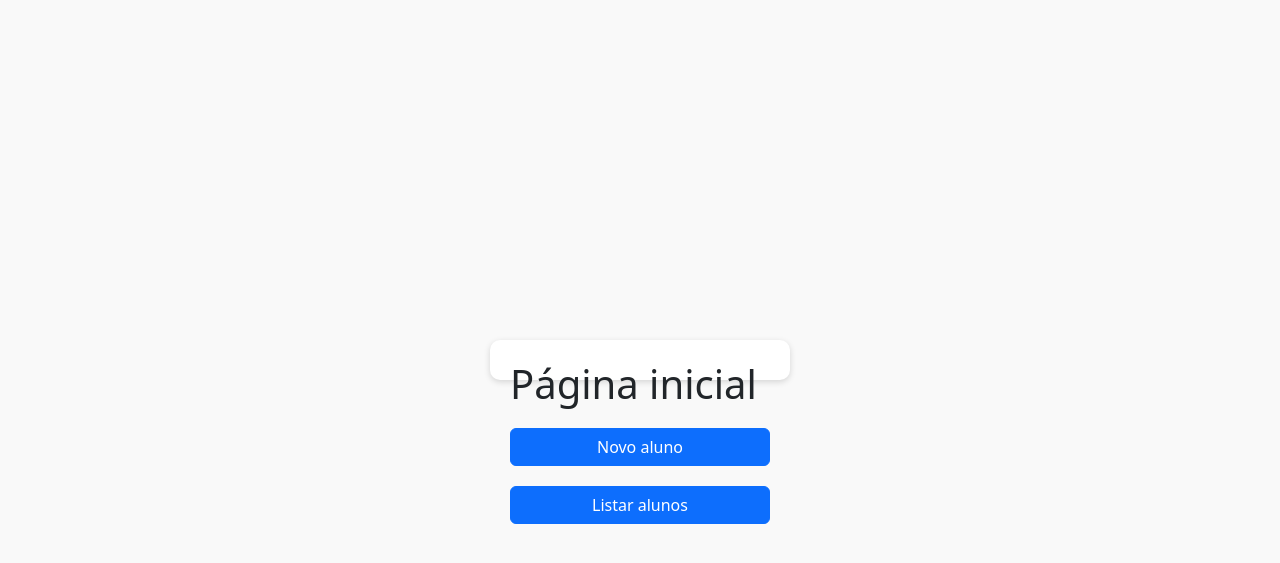
Repository: juliatbarbosa/CRUD-ALUNOS
Page: http://localhost/OlaMundo/alunos/cadastro/index.jsp
These files come from the project's save history. The page is drawn as it stood at one moment and after the next save; the edit follows.
The browser window is 1280 px wide. The pictures show the whole page.
The page is served by Tomcat 9.

Above is the page before, as saved 2024-09-29 21:17:28.

After the next save:
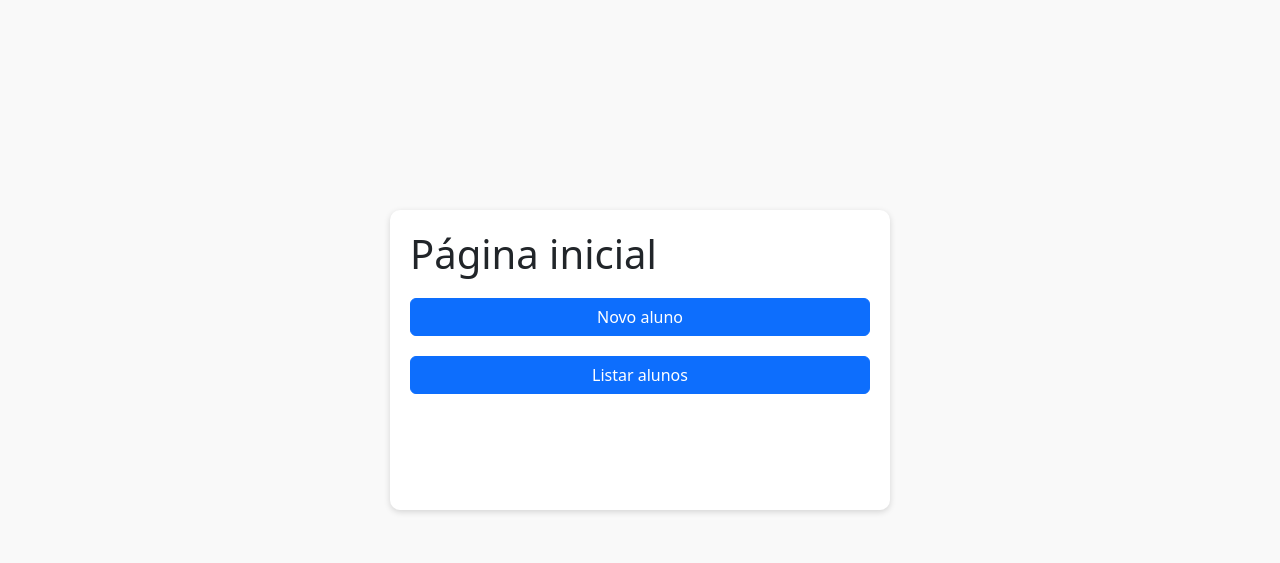
Saved 4 s later.
--- a/OlaMundo/src/main/webapp/alunos/cadastro/index.jsp
+++ b/OlaMundo/src/main/webapp/alunos/cadastro/index.jsp
@@ -25,8 +25,8 @@ body {
 	padding: 20px;
 	border-radius: 10px;
 	box-shadow: 0 2px 6px 0px rgba(0, 0, 0, 0.15);
-	height: 00px;
-	width: 300px
+	height: 300px;
+	width: 500px
 	}
 
 	h1 {
